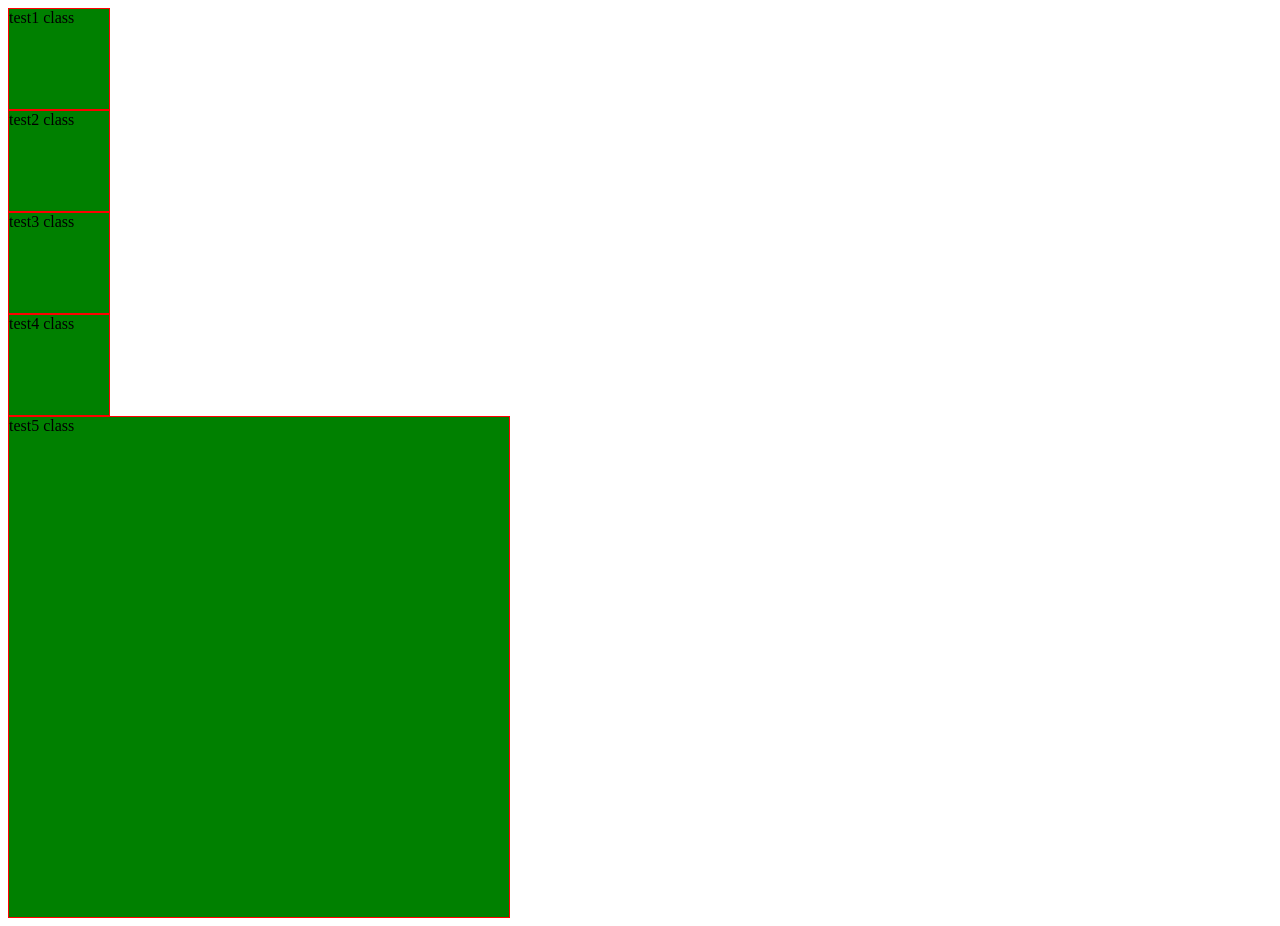
Repository: yuj1818/Hustar_JavaScript
Page: edu/edu/view/test.html
The author's editor kept a copy of each file at every save. The page is drawn from the files as they stood at one save, then again after the next save.
The browser window is 1280 px wide. The pictures show the whole page.

Above is the page before, as saved 2022-05-31 01:38:30.

After the next save:
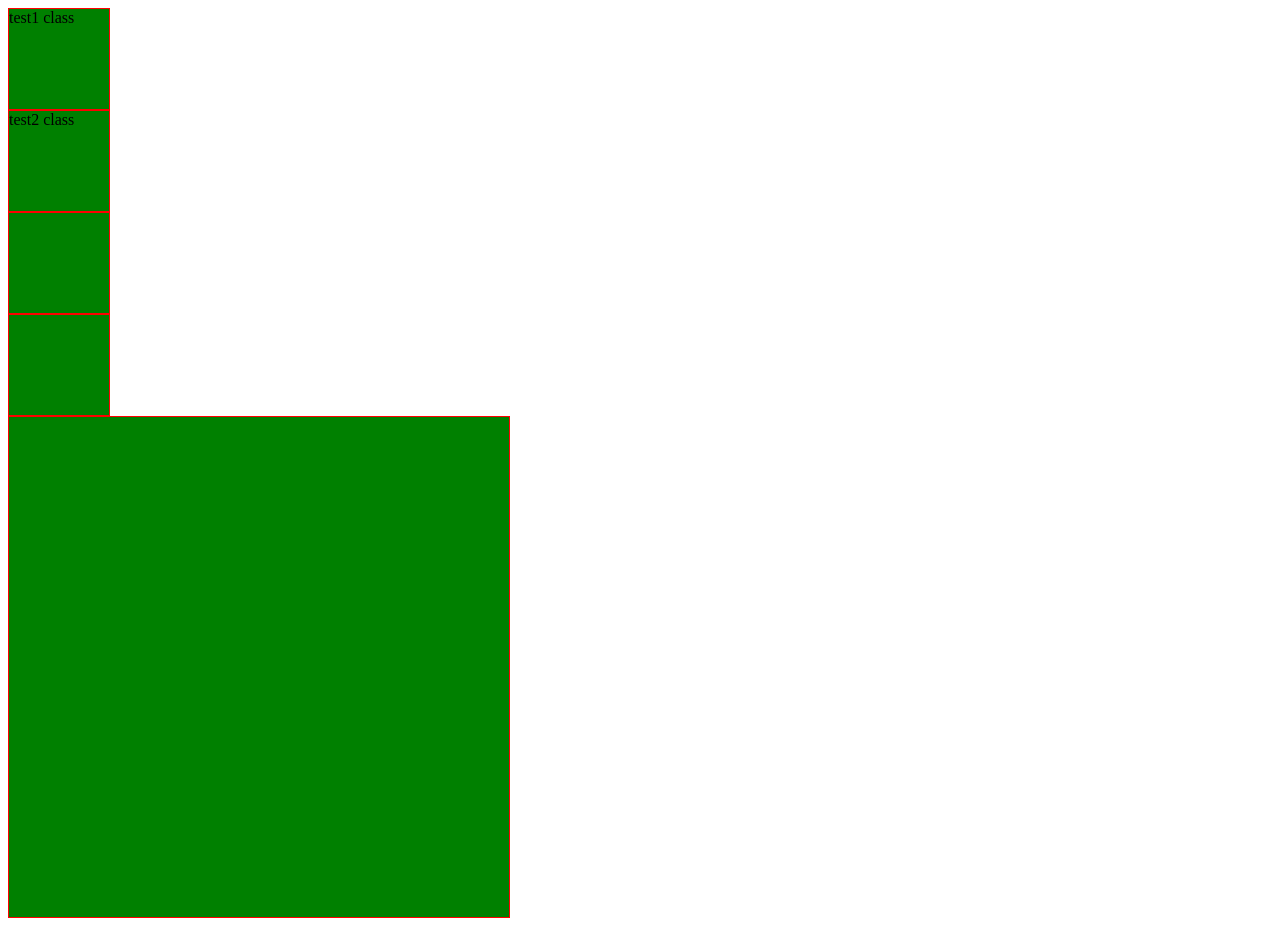
Saved 2 min 20 s later.
--- a/edu/edu/view/test.html
+++ b/edu/edu/view/test.html
@@ -20,20 +20,17 @@
 			test1 class
 		</div>
 
-		<div class="test_class">
+		<div class="test_class" id="test_id1">
 			test2 class
 		</div>
 
 		<div class="test_class">
-			test3 class
 		</div>
 
 		<div class="test_class">
-			test4 class
 		</div>
 
 		<div class="test_class" id="test_id">
-			test5 class
 		</div>
 	</body>
 	<script>
@@ -52,7 +49,7 @@
 		function test_mouseover (){
 			console.log("test_mouseover");
 
-			document.getElementsByClassName("test_class")[0].style.width = "500px";
+			document.getElementsByClassName("test_id1").style.width = "500px";
 		}
 	</script>
 </html>
